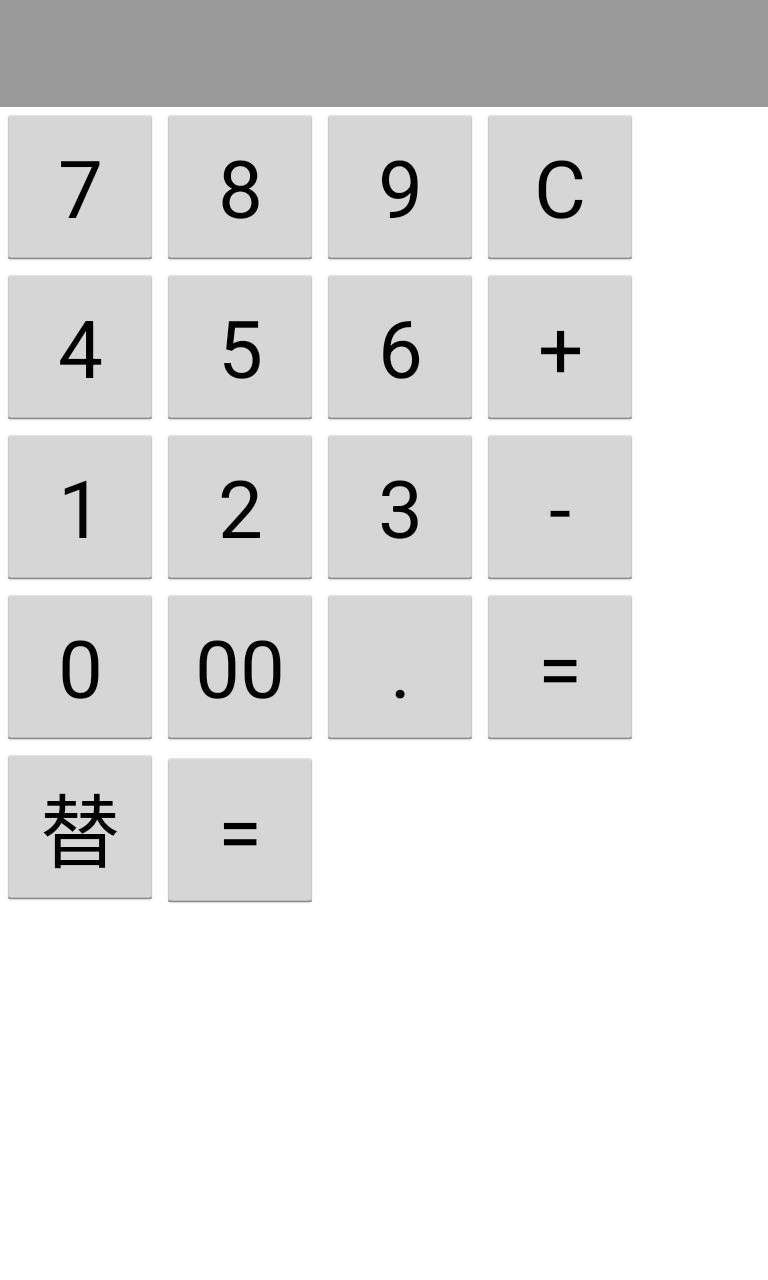
Repository: hirokuni/workspace_calc
Layout: Calculator/res/layout/activity_main.xml
These files come from the project's save history. The layout is drawn as it stood at one moment and after the next save; the edit follows.
It is drawn on a 768 x 1280 px phone screen (xhdpi) without system bars, with theme AppTheme; the app's code is not run.

Above is the layout before, as saved 2014-01-27 12:56:26.

After the next save:
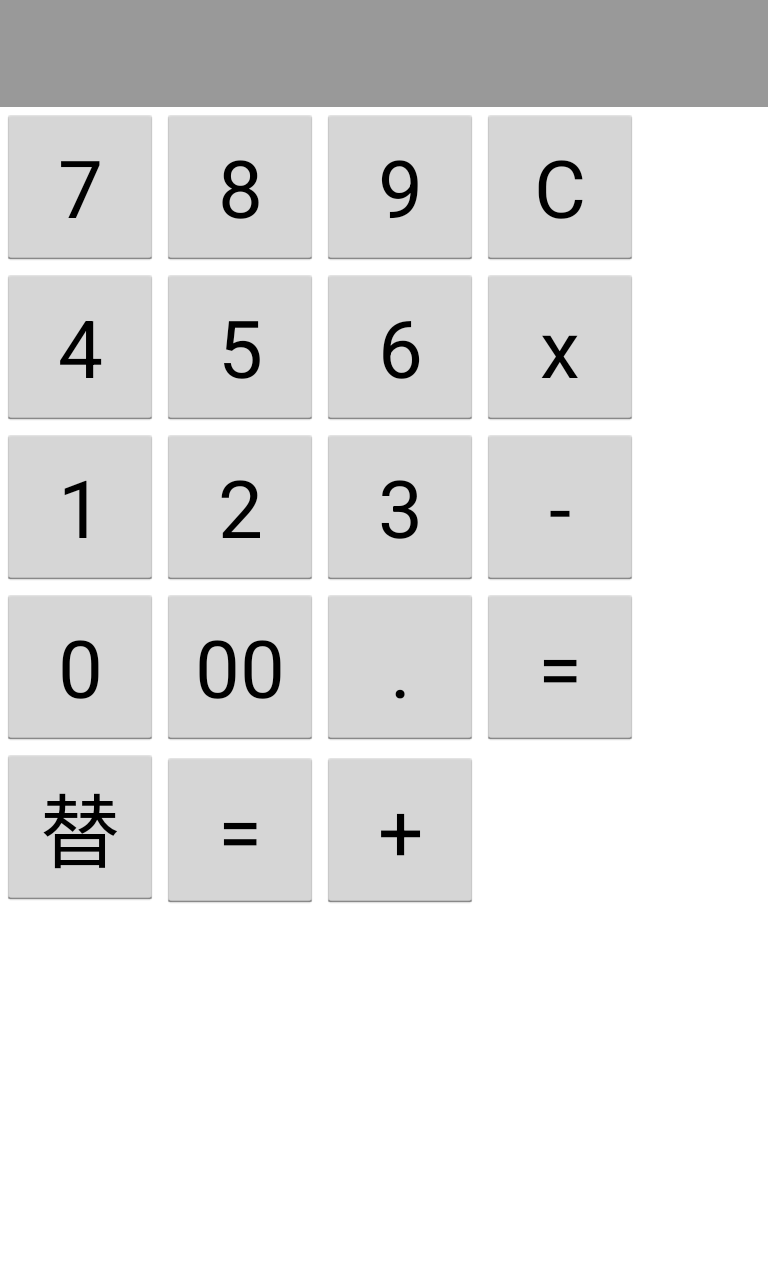
Saved 116 s later.
--- a/Calculator/res/layout/activity_main.xml
+++ b/Calculator/res/layout/activity_main.xml
@@ -53,6 +53,7 @@
      android:layout_width="fill_parent"
      android:layout_height="wrap_content"
         >
+
  <Button
  android:id="@+id/button4"
  android:text="4"
@@ -74,14 +75,16 @@
  android:layout_width="80dip"
  android:layout_height="80dip">
  </Button>
+
  <Button
- android:id="@+id/buttonPlus"
- android:text="+"
- android:textSize="40dip"
- android:layout_width="80dip"
- android:layout_height="80dip">
- </Button>
+     android:id="@+id/ButtonX"
+     android:layout_width="80dip"
+     android:layout_height="80dip"
+     android:text="x"
+     android:textSize="40dip" />
+
     </LinearLayout>
+
      <LinearLayout
      android:orientation="horizontal"
      android:layout_width="fill_parent"
@@ -171,6 +174,14 @@
             android:layout_height="80dip"
             android:text="="
             android:textSize="40dip" />
+
+        <Button
+            android:id="@+id/buttonPlus"
+            android:layout_width="80dip"
+            android:layout_height="80dip"
+            android:text="+"
+            android:textSize="40dip" />
+
     </LinearLayout>
 
 </LinearLayout>
